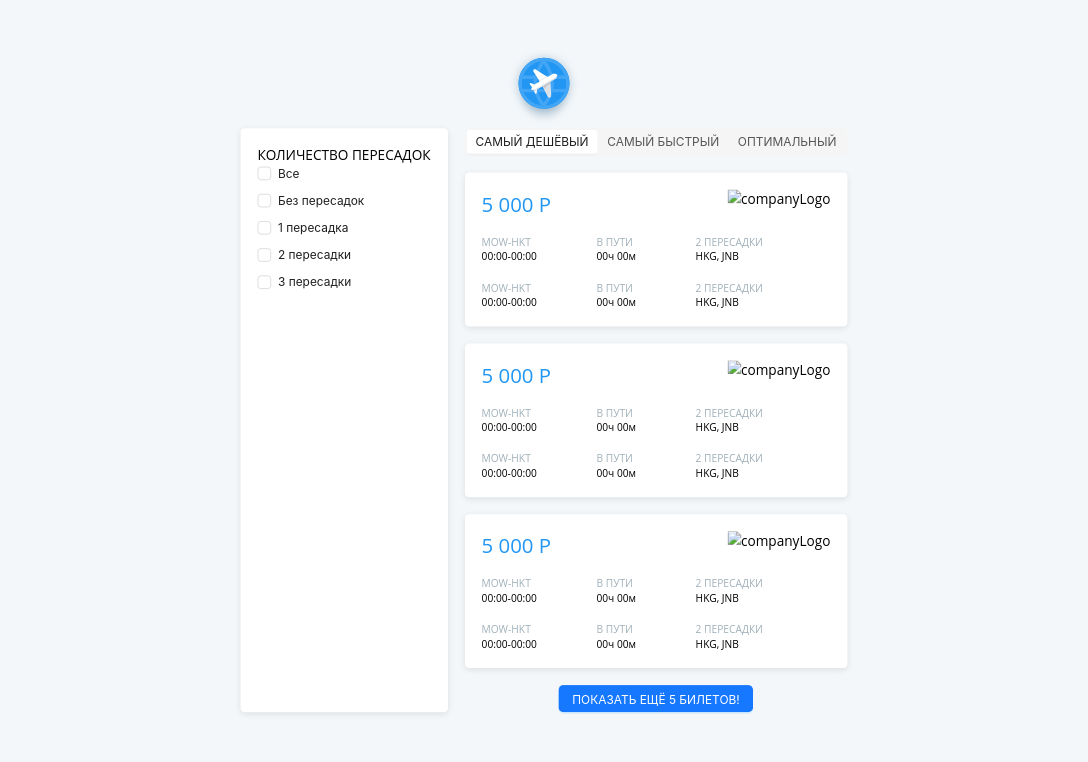
Repository: Dedoxa/aviasalesTickets
Page: /
These files come from the project's save history. The page is drawn as it stood at one moment and after the next save; the edit follows.
The browser window is 1280 px wide. The pictures show the whole page, at 85% of full size.
The project was rebuilt for these pictures with package versions that can differ from the ones it lists, and the page was loaded fresh each time. Also part of the build but not shown: vite.config.js.

Above is the page before, as saved 2024-10-19 17:14:00.

### index.html
<!doctype html>
<html lang="en">
  <head>
    <meta charset="UTF-8" />
    <meta name="viewport" content="width=device-width, initial-scale=1.0" />
    <title>AviasalesTickets</title>
  </head>
  <body>
    <div id="root"></div>
    <script type="module" src="/src/main.jsx"></script>
  </body>
</html>

### src/main.jsx
import { StrictMode } from 'react';
import { createRoot } from 'react-dom/client';

import App from './App.jsx';

createRoot(document.getElementById('root')).render(
  <StrictMode>
    <App />
  </StrictMode>
);

### src/App.jsx
import TransferFilters from './TransferFilters/TransferFilters.jsx';
import AppIcon from './AppIcon/AppIcon.jsx';
import PriceFilters from './PriceFilters/PriceFilters.jsx';
import TicketCard from './TicketCard/TicketCard.jsx';
import ShowMoreButton from './ShowMoreButton/ShowMoreButton.jsx';
import classes from './App.module.scss';

function App() {
  return (
    <main className={classes.App}>
      <AppIcon />
      <div style={{ display: 'flex', gap: '20px', justifyContent: 'center' }}>
        <TransferFilters />
        <div className={classes['priceFiltersAndTicketsContainer']}>
          <PriceFilters />
          <TicketCard />
          <TicketCard />
          <TicketCard />
          <ShowMoreButton />
        </div>
      </div>
    </main>
  );
}

export default App;

### src/TransferFilters/TransferFilters.jsx
import { Checkbox } from 'antd';

import { contentBox } from '../App.module.scss';

import classes from './TransferFilters.module.scss';

const TransferFilters = () => {
  return (
    <>
      <div className={contentBox}>
        <span className={classes.title}>КОЛИЧЕСТВО ПЕРЕСАДОК</span>
        <div className={classes.checkboxContainer}>
          <Checkbox>Все</Checkbox>
          <Checkbox>Без пересадок</Checkbox>
          <Checkbox>1 пересадка</Checkbox>
          <Checkbox>2 пересадки</Checkbox>
          <Checkbox>3 пересадки</Checkbox>
        </div>
      </div>
    </>
  );
};

export default TransferFilters;

### src/AppIcon/AppIcon.jsx
import classes from './AppIcon.module.scss';

const AppIcon = () => {
  return (
    <div className={classes.AppIcon}>
      <img src="/public/img/Logo.svg" alt="AviasalesIcon" />
    </div>
  );
};

export default AppIcon;

### src/PriceFilters/PriceFilters.jsx
import { Segmented } from 'antd';

const PriceFilters = () => {
  return <Segmented options={['САМЫЙ ДЕШЁВЫЙ', 'САМЫЙ БЫСТРЫЙ', 'ОПТИМАЛЬНЫЙ']} />;
};

export default PriceFilters;

### src/TicketCard/TicketCard.jsx
import { contentBox } from '../App.module.scss';

import classes from './TicketCard.module.scss';

const TicketCard = () => {
  return (
    <div className={contentBox} style={{ display: 'flex', flexDirection: 'column', gap: '20px' }}>
      <div className={classes.mainTicketInfo}>
        <span className={classes['price']}>5 000 Р</span>
        <img src="" alt="companyLogo"></img>
      </div>
      <div className={classes.otherTicketInfo}>
        <div className={classes['infoRow']}>
          <div className={classes['infoTwoLined']}>
            <div className={classes['titleLine']}>MOW-HKT</div>
            <div>00:00-00:00</div>
          </div>
          <div className={classes['infoTwoLined']}>
            <div className={classes['titleLine']}>В ПУТИ</div>
            <div>00ч 00м</div>
          </div>
          <div className={classes['infoTwoLined']}>
            <div className={classes['titleLine']}>2 ПЕРЕСАДКИ</div>
            <div>HKG, JNB</div>
          </div>
        </div>
        <div className={classes['infoRow']}>
          <div className={classes['infoTwoLined']}>
            <div className={classes['titleLine']}>MOW-HKT</div>
            <div>00:00-00:00</div>
          </div>
          <div className={classes['infoTwoLined']}>
            <div className={classes['titleLine']}>В ПУТИ</div>
            <div>00ч 00м</div>
          </div>
          <div className={classes['infoTwoLined']}>
            <div className={classes['titleLine']}>2 ПЕРЕСАДКИ</div>
            <div>HKG, JNB</div>
          </div>
        </div>
      </div>
    </div>
  );
};

export default TicketCard;

### src/ShowMoreButton/ShowMoreButton.jsx
import { Button } from 'antd';

import classes from './ShowMoreButton.module.scss';

const ShowMoreButton = () => {
  return (
    <div className={classes.showMoreButton}>
      <Button type="primary">ПОКАЗАТЬ ЕЩЁ 5 БИЛЕТОВ!</Button>
    </div>
);
};

export default ShowMoreButton;

### src/App.module.scss
@font-face {
  font-family: 'Open Sans';
  src: url('https://fonts.googleapis.com/css2?family=Open+Sans:ital,wght@0,300..800;1,300..800&display=swap');
}

.contentBox {
  display: inline-block;
  font-family: 'Open Sans', sans-serif;
  background-color: #fff;
  border-radius: 5px;
  box-shadow: 0 2px 8px 0 rgba(0, 0, 0, 0.1);
  padding: 20px;
}

body {
  background-color: #f3f7fa;
  padding: 50px 103px;
}

.App {
  .priceFiltersAndTicketsContainer {
    display: flex;
    flex-direction: column;
    gap: 20px;
  }
}

### src/TransferFilters/TransferFilters.module.scss
.title {
  margin-bottom: 20px;
}

.checkboxContainer {
  display: flex;
  flex-direction: column;
  gap: 10px;
}

### src/AppIcon/AppIcon.module.scss
.AppIcon {
    text-align: center;
}

### src/TicketCard/TicketCard.module.scss
.mainTicketInfo,
.otherTicketInfo {
  display: flex;
}

.mainTicketInfo {
  justify-content: space-between;

  .price {
    color: #2196F3;
    font-size: 24px;
  }
}

.otherTicketInfo {
  flex-direction: column;
  gap: 20px;

  .infoRow {
    display: flex;
    gap: 70px;
  }

  .infoTwoLined {
    display: flex;
    flex-direction: column;
    font-size: 12px;

    .titleLine {
        color: #A0B0B9;
    }
  }
}

### src/ShowMoreButton/ShowMoreButton.module.scss
.showMoreButton {
    text-align: center;
}

After the next save:
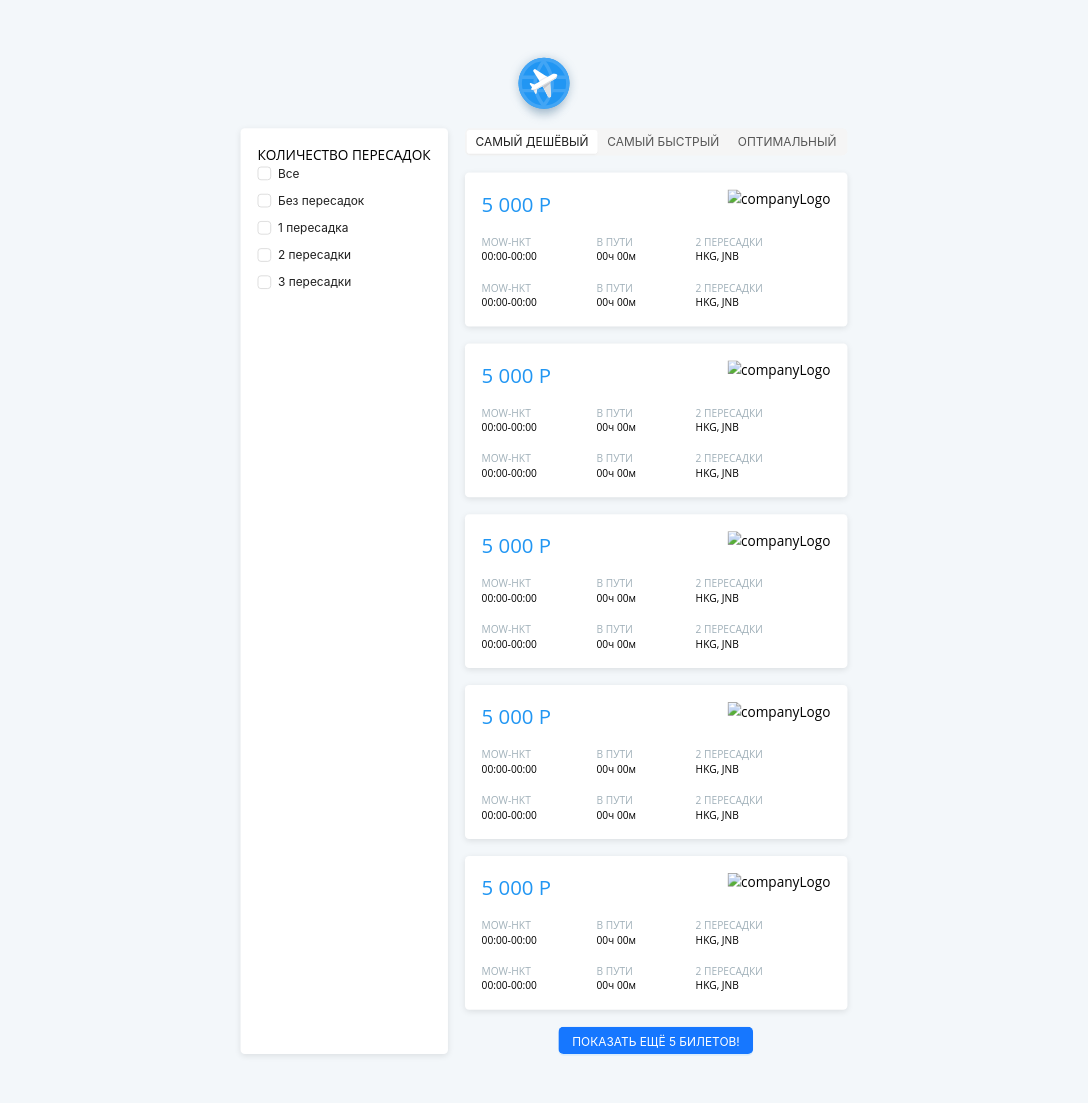
Saved 9 days later.
--- a/src/App.jsx
+++ b/src/App.jsx
@@ -16,6 +16,8 @@ function App() {
           <TicketCard />
           <TicketCard />
           <TicketCard />
+          <TicketCard />
+          <TicketCard />
           <ShowMoreButton />
         </div>
       </div>
